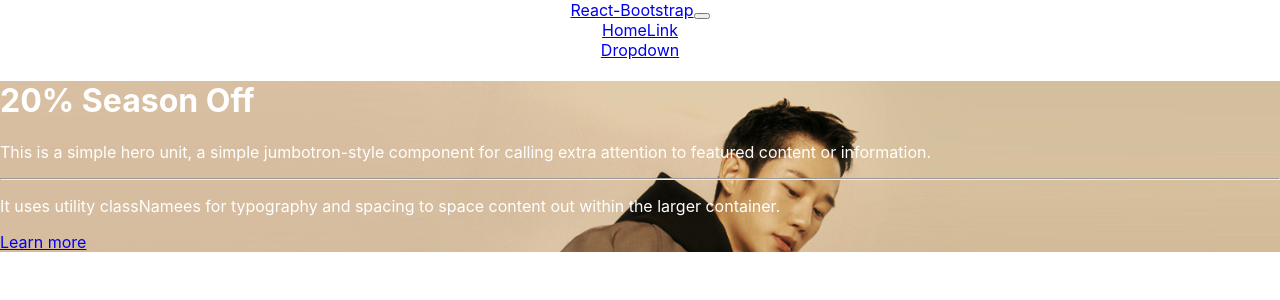
Repository: eunsuneun/react-shop
Page: /
The author's editor kept a copy of each file at every save. The page is drawn from the files as they stood at one save, then again after the next save.
The browser window is 1280 px wide. The pictures show the whole page.
The project was rebuilt for these pictures with package versions that can differ from the ones it lists, and the page was loaded fresh each time.

Above is the page before, as saved 2021-08-25 20:12:47.

After the next save:
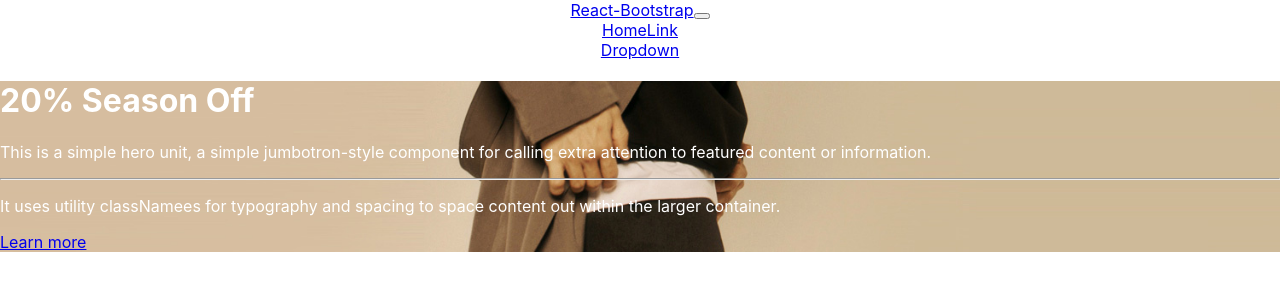
Saved 6 s later.
--- a/src/App.css
+++ b/src/App.css
@@ -38,7 +38,7 @@
 }
 
 .visual {
-  background: url(img/visual.jpg) no-repeat center top / cover;
+  background: url(img/visual.jpg) no-repeat center bottom / cover;
   text-align: left;
   color: #fff;
 }
